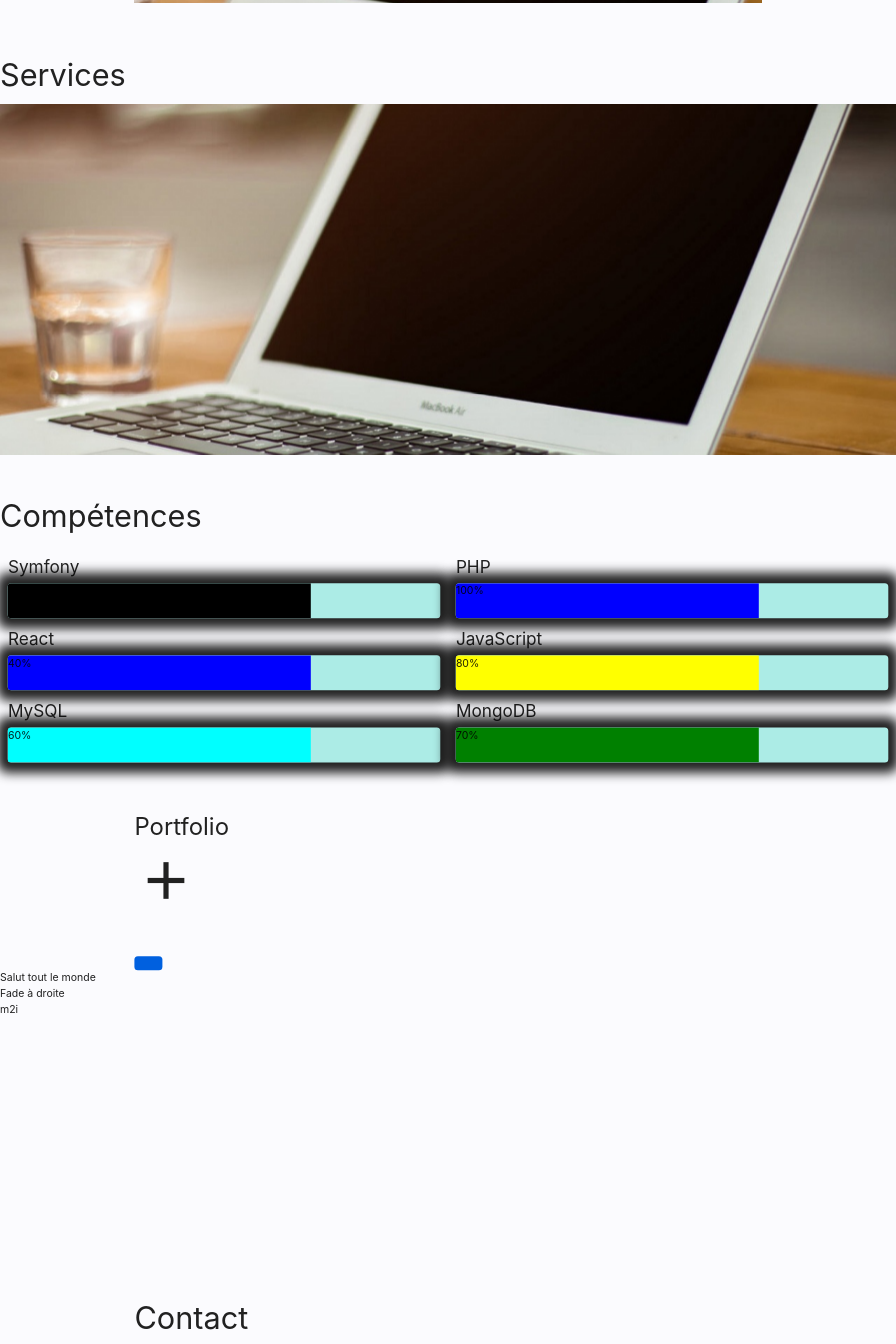
Repository: duncanidaho14/mavitrine
Page: index.html
These files come from the project's save history. The page is drawn as it stood at one moment and after the next save; the edit follows.
The browser window is 1280 px wide. The pictures show the part of the page from y = 1233 to 3153 px (the page is 4178 px tall), at 70% of full size.

Above is the page before, as saved 2021-06-15 18:41:55.

After the next save:
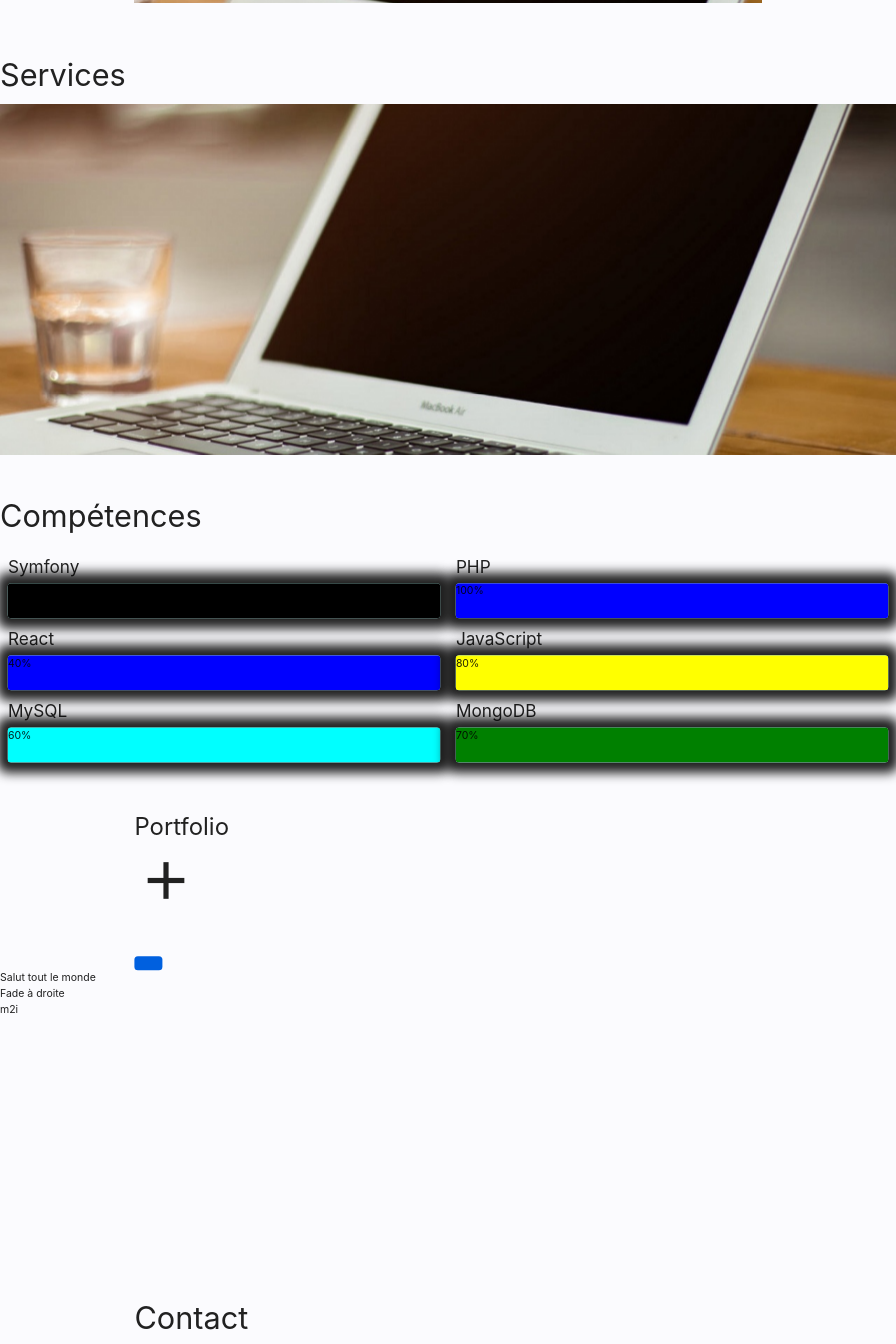
Saved 7 s later.
--- a/assets/css/style.css
+++ b/assets/css/style.css
@@ -96,7 +96,7 @@
 
 .determinate {
     position: absolute;
-    animation: progressbar duration timing-function delay iteration-count direction fill-mode;
+    animation: progressbar 5s forwards;
 }
 
 @keyframes progressbar {
